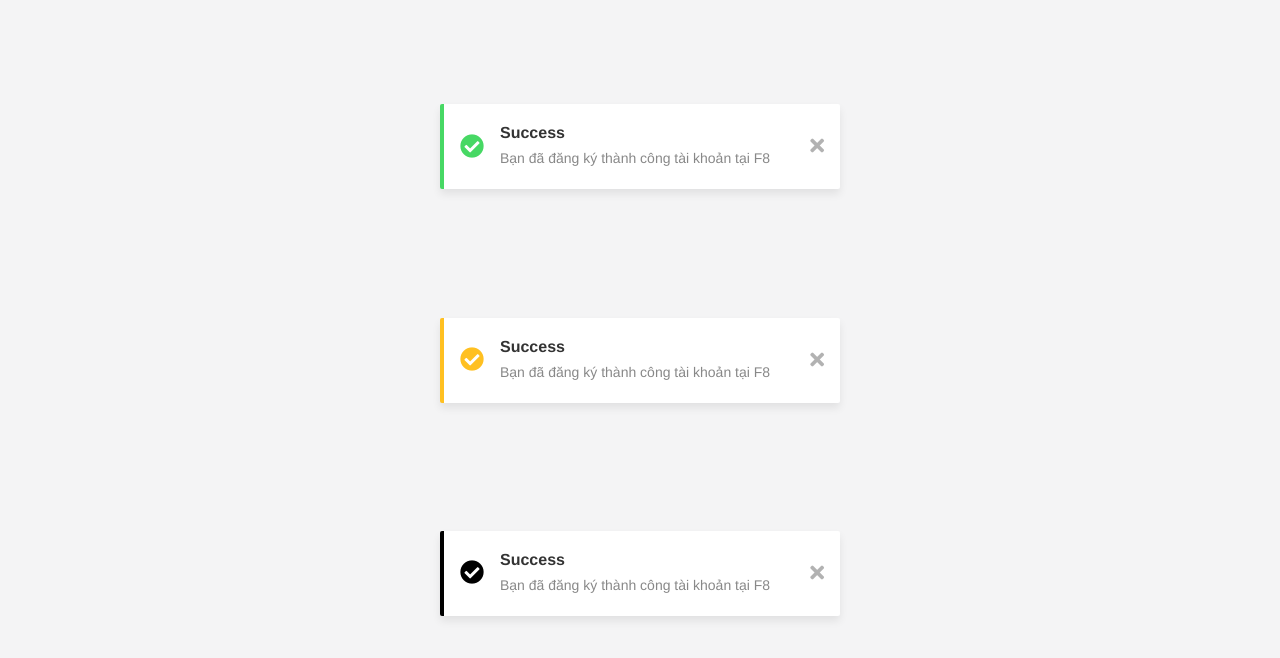
Repository: vuongtm1999/Toast_Message
Page: toast-message.html
An editor plug-in stored every save of this project. The page is shown before and after the next save, followed by the edit.
The browser window is 1280 px wide. The pictures show the whole page.

Above is the page before, as saved 2022-09-01 12:52:26.

After the next save:
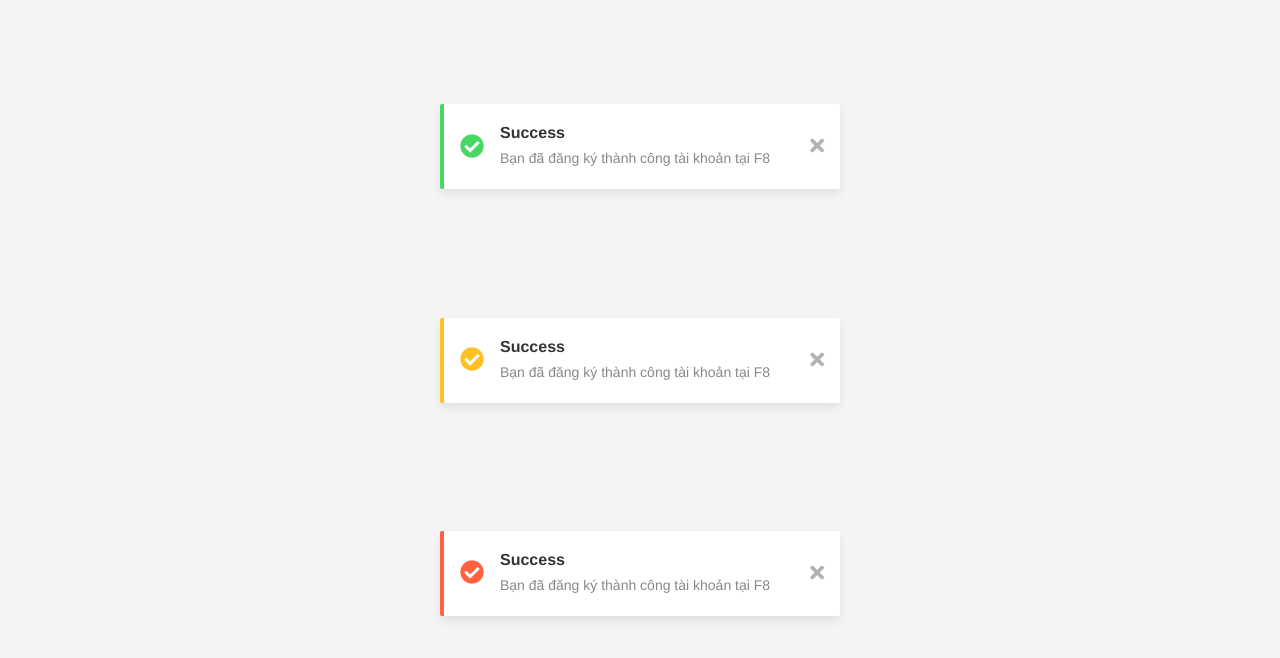
Saved 14 s later.
--- a/toast-message.html
+++ b/toast-message.html
@@ -45,7 +45,7 @@
     </div>
 
     <!-- danger -->
-    <div class="toast toast--danger">
+    <div class="toast toast--error">
       <!-- success -->
       <div class="toast__icon">
         <i class="fas fa-check-circle"></i>
